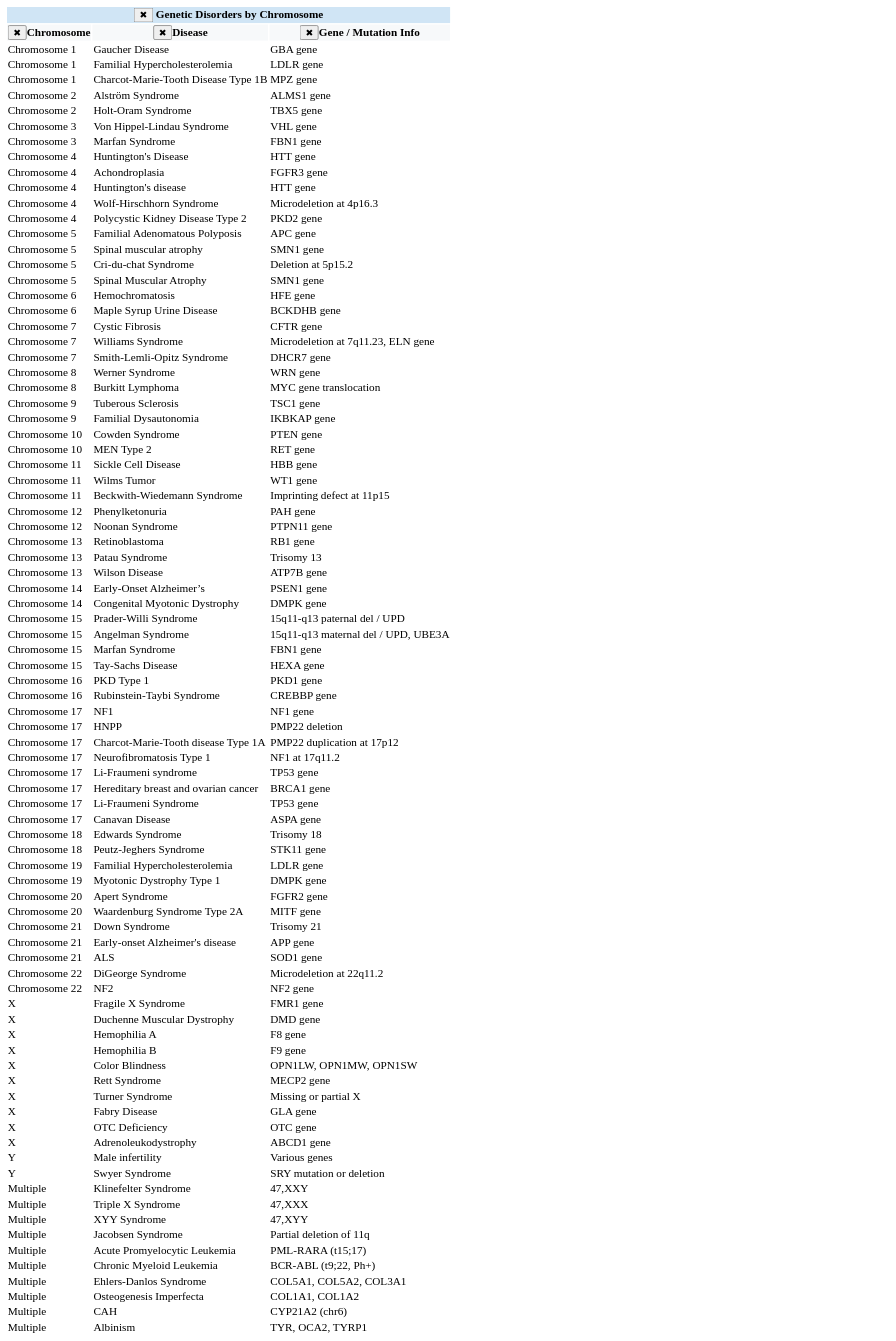
Repository: sharperdragon/STEVEL-1-Summaries
Page: subdex/chromosomes.table.html
These files come from the project's save history. The page is drawn as it stood at one moment and after the next save; the edit follows.
The browser window is 1280 px wide. The pictures show the whole page, at 70% of full size.

Above is the page before, as saved 2025-05-20 17:45:16.

### subdex/chromosomes.table.html
<div class="table-container">
<table class="table1">
<thead>
<tr>
<th  colspan="3"  style="text-align: center; background-color: #d0e5f5;"><button >✖</button>
<strong>Genetic Disorders by Chromosome</strong>
</th>
</tr>
<tr>
<th  style="background-color: #f7f9fa;"><button >✖</button>Chromosome</th>
<th  style="background-color: #f7f9fa;"><button >✖</button>Disease</th>
<th   style="background-color: #f7f9fa;"><button >✖</button>Gene / Mutation Info</th>
</tr>
</thead>
<tbody>
<tr><td >Chromosome 1</td><td >Gaucher Disease</td><td  >GBA gene</td></tr>
<tr><td >Chromosome 1</td><td >Familial Hypercholesterolemia</td><td  >LDLR gene</td></tr>
<tr style="border-bottom: 4px solid #6c8ca3;"><td >Chromosome 1</td><td >Charcot-Marie-Tooth Disease Type 1B</td><td  >MPZ gene</td></tr>
<tr><td >Chromosome 2</td><td >Alström Syndrome</td><td  >ALMS1 gene</td></tr>
<tr style="border-bottom: 4px solid #6c8ca3;"><td >Chromosome 2</td><td >Holt-Oram Syndrome</td><td  >TBX5 gene</td></tr>
<tr><td >Chromosome 3</td><td >Von Hippel-Lindau Syndrome</td><td  >VHL gene</td></tr>
<tr style="border-bottom: 4px solid #6c8ca3;"><td >Chromosome 3</td><td >Marfan Syndrome</td><td  >FBN1 gene</td></tr>
<tr><td >Chromosome 4</td><td >Huntington's Disease</td><td  >HTT gene</td></tr>
<tr><td >Chromosome 4</td><td >Achondroplasia</td><td  >FGFR3 gene</td></tr>
<tr><td >Chromosome 4</td><td >Huntington's disease</td><td  >HTT gene</td></tr>
<tr><td >Chromosome 4</td><td >Wolf-Hirschhorn Syndrome</td><td  >Microdeletion at 4p16.3</td></tr>
<tr style="border-bottom: 4px solid #6c8ca3;"><td >Chromosome 4</td><td >Polycystic Kidney Disease Type 2</td><td  >PKD2 gene</td></tr>
<tr><td >Chromosome 5</td><td >Familial Adenomatous Polyposis</td><td  >APC gene</td></tr>
<tr><td >Chromosome 5</td><td >Spinal muscular atrophy</td><td  >SMN1 gene</td></tr>
<tr><td >Chromosome 5</td><td >Cri-du-chat Syndrome</td><td  >Deletion at 5p15.2</td></tr>
<tr style="border-bottom: 4px solid #6c8ca3;"><td >Chromosome 5</td><td >Spinal Muscular Atrophy</td><td  >SMN1 gene</td></tr>
<tr><td >Chromosome 6</td><td >Hemochromatosis</td><td  >HFE gene</td></tr>
<tr style="border-bottom: 4px solid #6c8ca3;"><td >Chromosome 6</td><td >Maple Syrup Urine Disease</td><td  >BCKDHB gene</td></tr>
<tr><td >Chromosome 7</td><td >Cystic Fibrosis</td><td  >CFTR gene</td></tr>
<tr><td >Chromosome 7</td><td >Williams Syndrome</td><td  >Microdeletion at 7q11.23, ELN gene</td></tr>
<tr style="border-bottom: 4px solid #6c8ca3;"><td >Chromosome 7</td><td >Smith-Lemli-Opitz Syndrome</td><td  >DHCR7 gene</td></tr>
<tr><td >Chromosome 8</td><td >Werner Syndrome</td><td  >WRN gene</td></tr>
<tr style="border-bottom: 4px solid #6c8ca3;"><td >Chromosome 8</td><td >Burkitt Lymphoma</td><td  >MYC gene translocation</td></tr>
<tr><td >Chromosome 9</td><td >Tuberous Sclerosis</td><td  >TSC1 gene</td></tr>
<tr style="border-bottom: 4px solid #6c8ca3;"><td >Chromosome 9</td><td >Familial Dysautonomia</td><td  >IKBKAP gene</td></tr>
<tr><td >Chromosome 10</td><td >Cowden Syndrome</td><td  >PTEN gene</td></tr>
<tr style="border-bottom: 4px solid #6c8ca3;"><td >Chromosome 10</td><td >MEN Type 2</td><td  >RET gene</td></tr>
<tr><td >Chromosome 11</td><td >Sickle Cell Disease</td><td  >HBB gene</td></tr>
<tr><td >Chromosome 11</td><td >Wilms Tumor</td><td  >WT1 gene</td></tr>
<tr style="border-bottom: 4px solid #6c8ca3;"><td >Chromosome 11</td><td >Beckwith-Wiedemann Syndrome</td><td  >Imprinting defect at 11p15</td></tr>
<tr><td >Chromosome 12</td><td >Phenylketonuria</td><td  >PAH gene</td></tr>
<tr style="border-bottom: 4px solid #6c8ca3;"><td >Chromosome 12</td><td >Noonan Syndrome</td><td  >PTPN11 gene</td></tr>
<tr><td >Chromosome 13</td><td >Retinoblastoma</td><td  >RB1 gene</td></tr>
<tr><td >Chromosome 13</td><td >Patau Syndrome</td><td  >Trisomy 13</td></tr>
<tr style="border-bottom: 4px solid #6c8ca3;"><td >Chromosome 13</td><td >Wilson Disease</td><td  >ATP7B gene</td></tr>
<tr><td >Chromosome 14</td><td >Early-Onset Alzheimer’s</td><td  >PSEN1 gene</td></tr>
<tr><td >Chromosome 14</td><td >Congenital Myotonic Dystrophy</td><td  >DMPK gene</td></tr>
<tr style="border-bottom: 4px solid #6c8ca3;"><td >Chromosome 15</td><td >Prader-Willi Syndrome</td><td  >15q11-q13 paternal del / UPD</td></tr>
<tr><td >Chromosome 15</td><td >Angelman Syndrome</td><td  >15q11-q13 maternal del / UPD, UBE3A</td></tr>
<tr><td >Chromosome 15</td><td >Marfan Syndrome</td><td  >FBN1 gene</td></tr>
<tr style="border-bottom: 4px solid #6c8ca3;"><td >Chromosome 15</td><td >Tay-Sachs Disease</td><td  >HEXA gene</td></tr>
<tr><td >Chromosome 16</td><td >PKD Type 1</td><td  >PKD1 gene</td></tr>
<tr style="border-bottom: 4px solid #6c8ca3;"><td >Chromosome 16</td><td >Rubinstein-Taybi Syndrome</td><td  >CREBBP gene</td></tr>
<tr><td >Chromosome 17</td><td >NF1</td><td  >NF1 gene</td></tr>
<tr><td >Chromosome 17</td><td >HNPP</td><td  >PMP22 deletion</td></tr>
<tr><td >Chromosome 17</td><td >Charcot-Marie-Tooth disease Type 1A</td><td  >PMP22 duplication at 17p12</td></tr>
<tr><td >Chromosome 17</td><td >Neurofibromatosis Type 1</td><td  >NF1 at 17q11.2</td></tr>
<tr><td >Chromosome 17</td><td >Li-Fraumeni syndrome</td><td  >TP53 gene</td></tr>
<tr><td >Chromosome 17</td><td >Hereditary breast and ovarian cancer</td><td  >BRCA1 gene</td></tr>
<tr><td >Chromosome 17</td><td >Li-Fraumeni Syndrome</td><td  >TP53 gene</td></tr>
<tr><td >Chromosome 17</td><td >Canavan Disease</td><td  >ASPA gene</td></tr>
<tr style="border-bottom: 4px solid #6c8ca3;"><td >Chromosome 18</td><td >Edwards Syndrome</td><td  >Trisomy 18</td></tr>
<tr><td >Chromosome 18</td><td >Peutz-Jeghers Syndrome</td><td  >STK11 gene</td></tr>
<tr><td >Chromosome 19</td><td >Familial Hypercholesterolemia</td><td  >LDLR gene</td></tr>
<tr style="border-bottom: 4px solid #6c8ca3;"><td >Chromosome 19</td><td >Myotonic Dystrophy Type 1</td><td  >DMPK gene</td></tr>
<tr><td >Chromosome 20</td><td >Apert Syndrome</td><td  >FGFR2 gene</td></tr>
<tr style="border-bottom: 4px solid #6c8ca3;"><td >Chromosome 20</td><td >Waardenburg Syndrome Type 2A</td><td  >MITF gene</td></tr>
<tr><td >Chromosome 21</td><td >Down Syndrome</td><td  >Trisomy 21</td></tr>
<tr><td >Chromosome 21</td><td >Early-onset Alzheimer's disease</td><td  >APP gene</td></tr>
<tr style="border-bottom: 4px solid #6c8ca3;"><td >Chromosome 21</td><td >ALS</td><td  >SOD1 gene</td></tr>
<tr><td >Chromosome 22</td><td >DiGeorge Syndrome</td><td  >Microdeletion at 22q11.2</td></tr>
<tr style="border-bottom: 4px solid #6c9fa3;"><td >Chromosome 22</td><td >NF2</td><td  >NF2 gene</td></tr>
<tr><td >X</td><td >Fragile X Syndrome</td><td  >FMR1 gene</td></tr>
<tr><td >X</td><td >Duchenne Muscular Dystrophy</td><td  >DMD gene</td></tr>
<tr><td >X</td><td >Hemophilia A</td><td  >F8 gene</td></tr>
<tr><td >X</td><td >Hemophilia B</td><td  >F9 gene</td></tr>
<tr><td >X</td><td >Color Blindness</td><td  >OPN1LW, OPN1MW, OPN1SW</td></tr>
<tr><td >X</td><td >Rett Syndrome</td><td  >MECP2 gene</td></tr>
<tr><td >X</td><td >Turner Syndrome</td><td  >Missing or partial X</td></tr>
<tr><td >X</td><td >Fabry Disease</td><td  >GLA gene</td></tr>
<tr><td >X</td><td >OTC Deficiency</td><td  >OTC gene</td></tr>
<tr style="border-bottom: 4px solid #6c8ca3;"><td >X</td><td >Adrenoleukodystrophy</td><td  >ABCD1 gene</td></tr>
<tr><td >Y</td><td >Male infertility</td><td  >Various genes</td></tr>
<tr style="border-bottom: 4px solid #8cce6d;"><td >Y</td><td >Swyer Syndrome</td><td  >SRY mutation or deletion</td></tr>
<tr><td >Multiple</td><td >Klinefelter Syndrome</td><td  >47,XXY</td></tr>
<tr><td >Multiple</td><td >Triple X Syndrome</td><td  >47,XXX</td></tr>
<tr><td >Multiple</td><td >XYY Syndrome</td><td  >47,XYY</td></tr>
<tr><td >Multiple</td><td >Jacobsen Syndrome</td><td  >Partial deletion of 11q</td></tr>
<tr><td >Multiple</td><td >Acute Promyelocytic Leukemia</td><td  >PML-RARA (t15;17)</td></tr>
<tr><td >Multiple</td><td >Chronic Myeloid Leukemia</td><td  >BCR-ABL (t9;22, Ph+)</td></tr>
<tr><td >Multiple</td><td >Ehlers-Danlos Syndrome</td><td  >COL5A1, COL5A2, COL3A1</td></tr>
<tr><td >Multiple</td><td >Osteogenesis Imperfecta</td><td  >COL1A1, COL1A2</td></tr>
<tr><td >Multiple</td><td >CAH</td><td  >CYP21A2 (chr6)</td></tr>
<tr><td >Multiple</td><td >Albinism</td><td  >TYR, OCA2, TYRP1</td></tr>
</tbody>
</table>
</div>

After the next save:
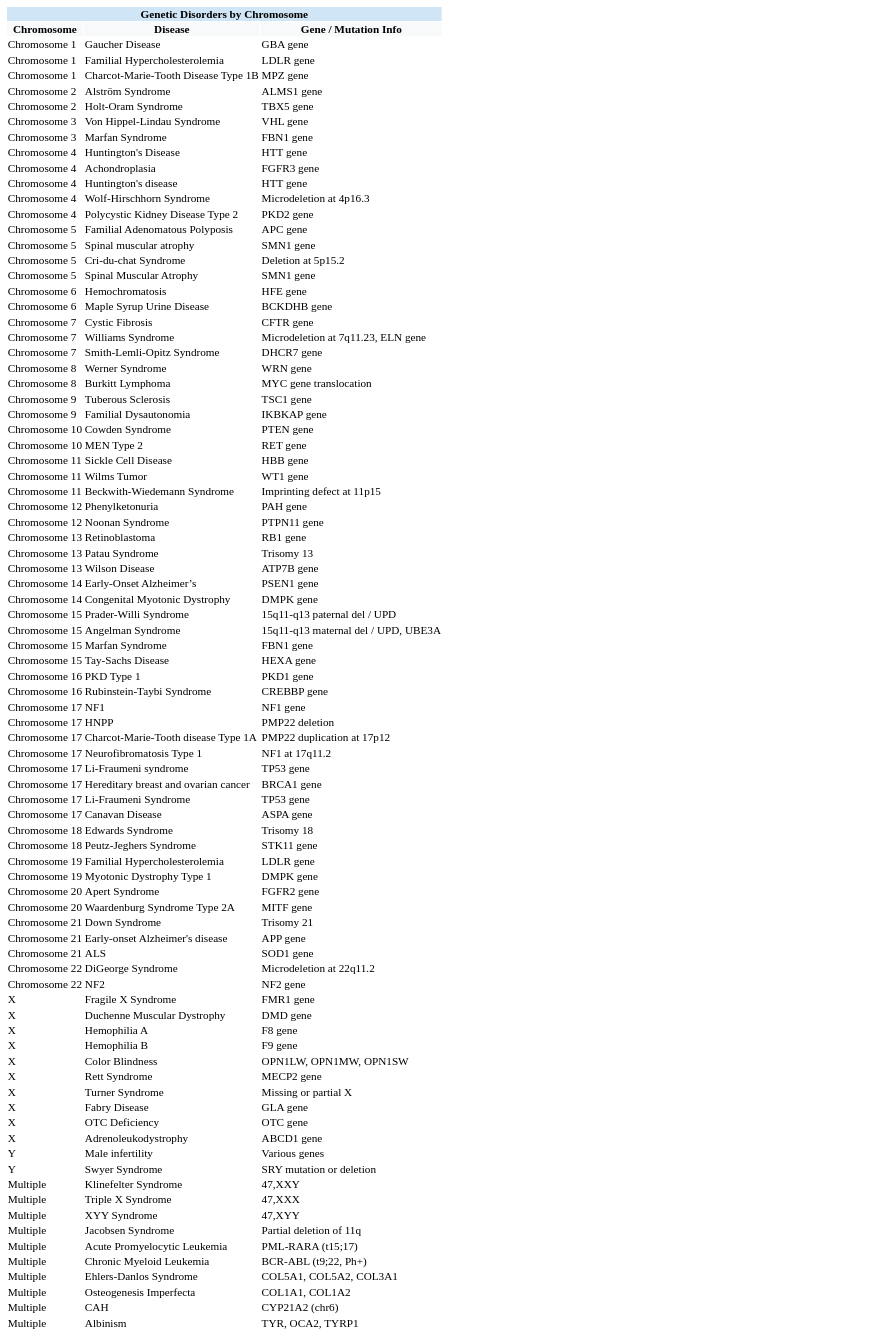
Saved 22 s later.
--- a/subdex/chromosomes.table.html
+++ b/subdex/chromosomes.table.html
@@ -2,14 +2,14 @@
 <table class="table1">
 <thead>
 <tr>
-<th  colspan="3"  style="text-align: center; background-color: #d0e5f5;"><button >✖</button>
+<th  colspan="3"  style="text-align: center; background-color: #d0e5f5;">
 <strong>Genetic Disorders by Chromosome</strong>
 </th>
 </tr>
 <tr>
-<th  style="background-color: #f7f9fa;"><button >✖</button>Chromosome</th>
-<th  style="background-color: #f7f9fa;"><button >✖</button>Disease</th>
-<th   style="background-color: #f7f9fa;"><button >✖</button>Gene / Mutation Info</th>
+<th  style="background-color: #f7f9fa;">Chromosome</th>
+<th  style="background-color: #f7f9fa;">Disease</th>
+<th   style="background-color: #f7f9fa;">Gene / Mutation Info</th>
 </tr>
 </thead>
 <tbody>
